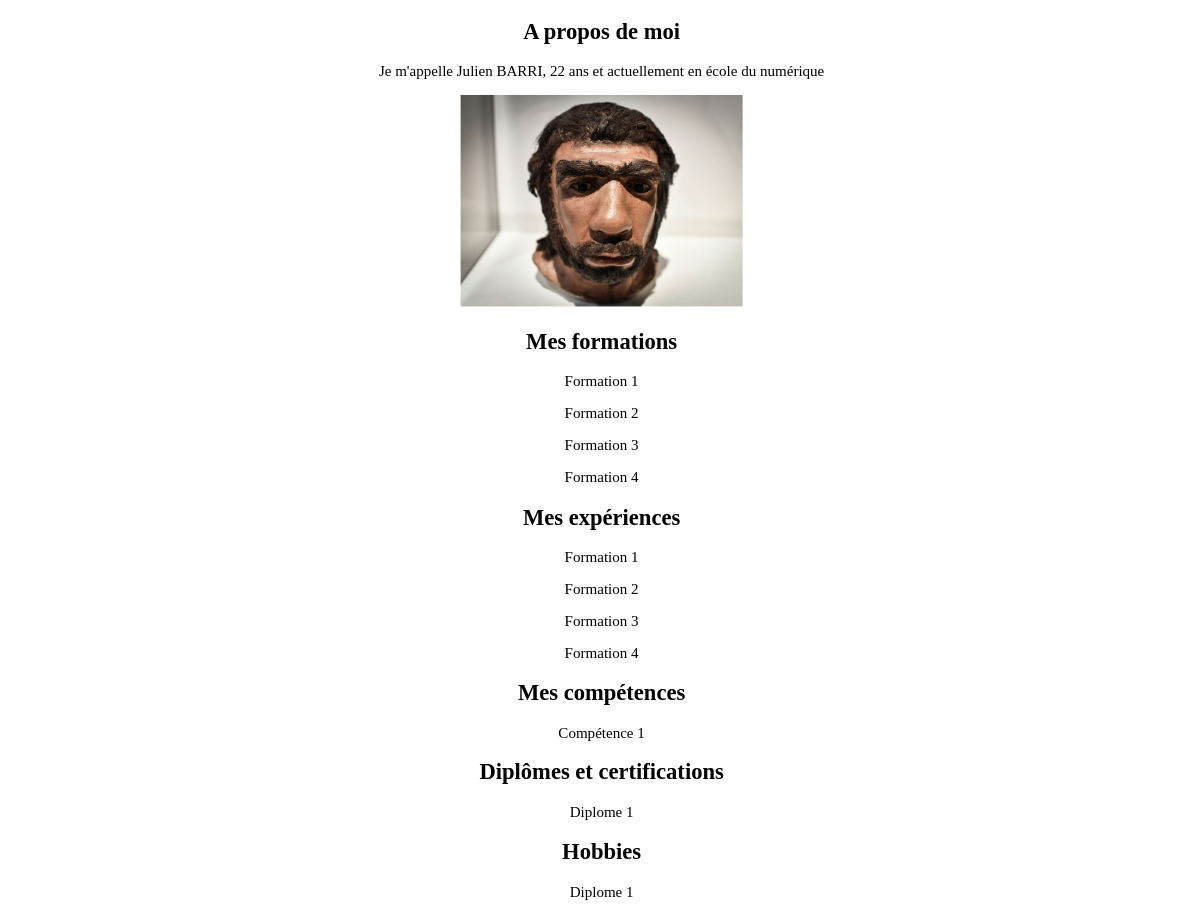
Repository: barridev/cours_devops.github.io
Page: index.html
An editor plug-in stored every save of this project. The page is shown before and after a run of saves, followed by the edit.
The browser window is 1280 px wide. The pictures show the whole page, at 94% of full size.

Above is the page before, as saved 2022-06-13 15:22:26.

After the next 2 saves:
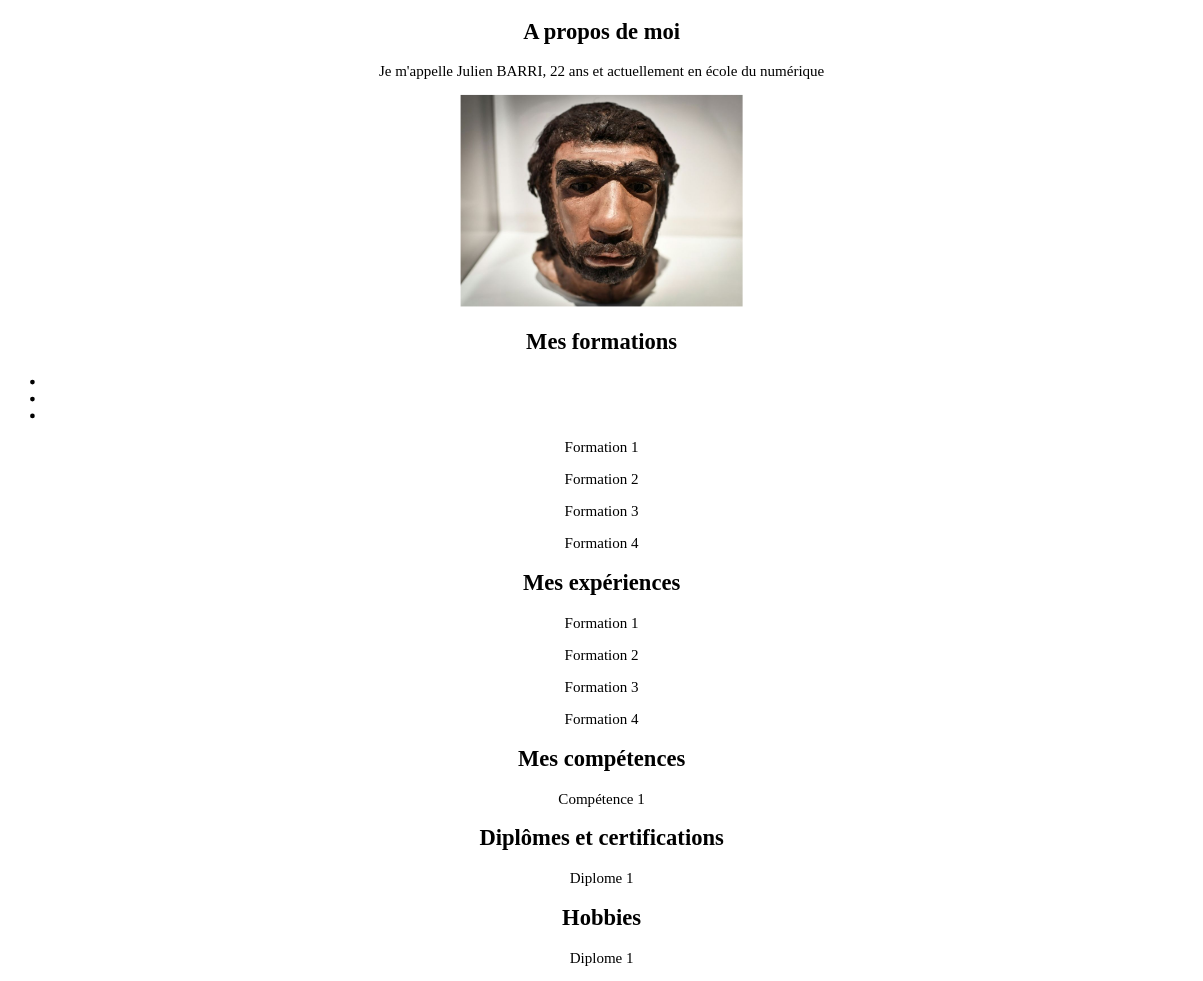
The 2 saves are shown as one change because they came seconds apart.
The last was saved 6 s later.
--- a/index.html
+++ b/index.html
@@ -22,7 +22,11 @@
     <section class="center">
         <div class="test">
             <h2> Mes formations </h2>
-            <ul></ul>
+            <ul>
+                <li></li>
+                <li></li>
+                <li></li>
+            </ul>
             <p>Formation 1</p>
             <p>Formation 2</p>
             <p>Formation 3</p>
